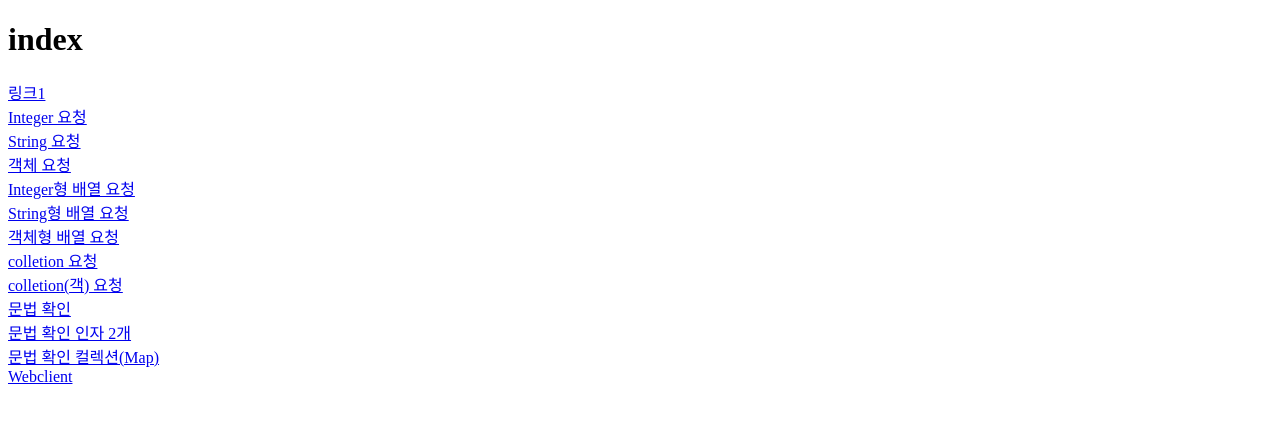
Repository: ekc1467/ClassMSA_EDU
Page: http://localhost/Service01/WEB-INF/views/index.jsp
The author's editor kept a copy of each file at every save. The page is drawn from the files as they stood at one save, then again after the next save.
The browser window is 1280 px wide. The pictures show the whole page.
The page is served by Tomcat 9. Nobody is signed in. The template is opened directly, without the code that normally fills it, so the values that code supplies are empty.

Above is the page before, as saved 2022-04-22 05:36:30.

After the next save:
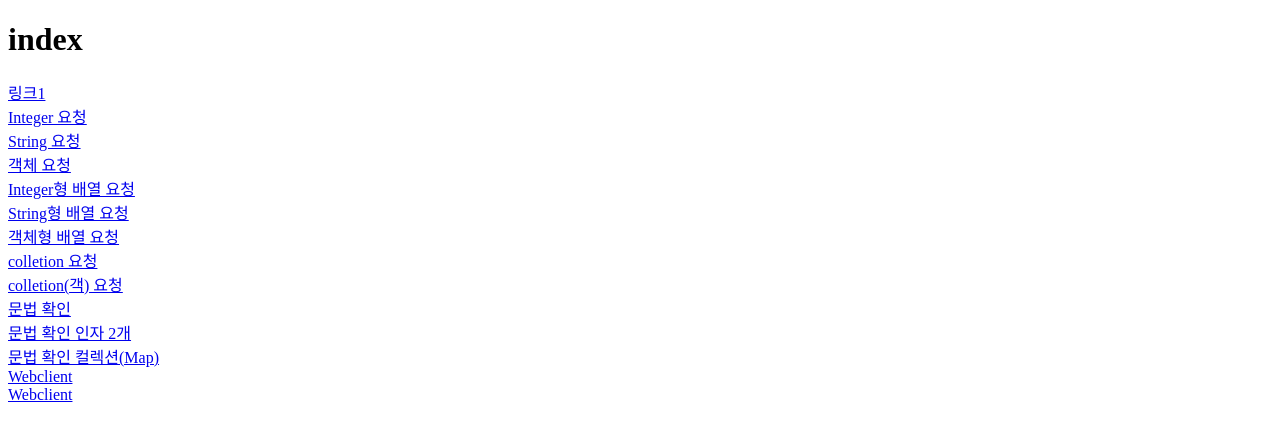
Saved 2 min 14 s later.
--- a/Service01/src/main/webapp/WEB-INF/views/index.jsp
+++ b/Service01/src/main/webapp/WEB-INF/views/index.jsp
@@ -21,6 +21,7 @@
 	<a href="t10/1000">문법 확인 인자 2개</a><br/>
 	<a href="t11/1000">문법 확인 컬렉션(Map)</a><br/>
 	<a href="t12/1000">Webclient</a><br/>
+	<a href="t16/1000">Webclient</a><br/>
 
 <!-- 	<a href="app/1000">App 요청</a><br/>
 	<a href="cpp/1000">Cpp 요청</a><br/> -->
